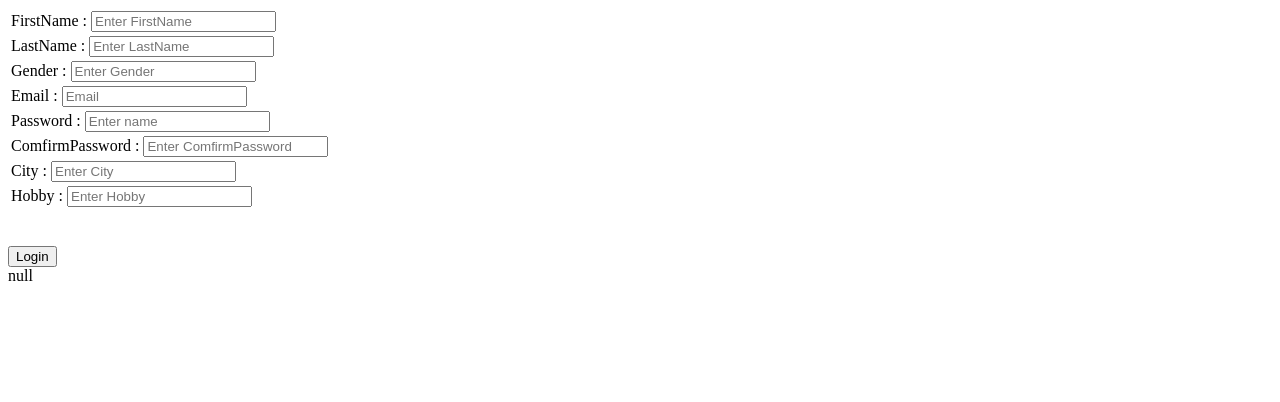
Repository: yogendra-dashore/java-ism
Page: http://localhost/23-ism-jee/Registration.jsp
An editor plug-in stored every save of this project. The page is shown before and after the next save, followed by the edit.
The browser window is 1280 px wide. The pictures show the whole page.
The page is served by Tomcat 9. Other server files are loaded and not shown.

Above is the page before, as saved 2023-04-01 10:19:11.

### 23-ism-jee/src/main/webapp/Registration.jsp
<%@ page language="java" contentType="text/html; charset=UTF-8"
    pageEncoding="UTF-8"%>
<!DOCTYPE html>
<html>
<head>
<meta charset="UTF-8">
<title>Insert title here</title>
</head>
<body>

	<%
		String error = (String)request.getAttribute("error");
	%>

<form action="Registration" method="post">
<table>
<tr><td>FirstName : <input text="text" name="FirstName" placeholder="Enter FirstName"></td></tr>
<tr><td>LastName : <input text="text" name="LastName" placeholder="Enter LastName"></td></tr>
<tr><td>Gender : <input text="text" name="Gender" placeholder="Enter Gender"></td></tr>
<tr><td>Email : <input text="text" name="Email" placeholder="Email"></td></tr>
<tr><td>Password : <input text="password" name="password" placeholder="Enter name"></td></tr>
<tr><td>ComfirmPassword : <input text="text" name="ComfirmPassword" placeholder="Enter ComfirmPassword"></td></tr>
<tr><td>City : <input text="text" name="City" placeholder="Enter City"></td></tr>
<tr><td>Hobby : <input text="text" name="Hobby" placeholder="Enter Hobby"></td></tr>
</table>
<br><br>
<input type="submit" value="Login">


</form>
<%=error%>

</body>
</html>

After the next save:
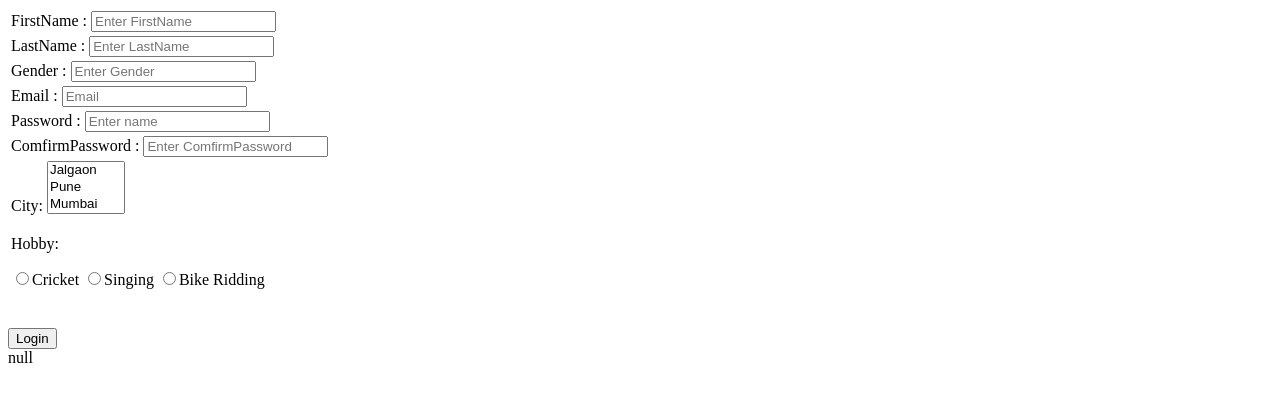
Saved 2 min 36 s later.
--- a/23-ism-jee/src/main/webapp/Registration.jsp
+++ b/23-ism-jee/src/main/webapp/Registration.jsp
@@ -20,8 +20,23 @@
 <tr><td>Email : <input text="text" name="Email" placeholder="Email"></td></tr>
 <tr><td>Password : <input text="password" name="password" placeholder="Enter name"></td></tr>
 <tr><td>ComfirmPassword : <input text="text" name="ComfirmPassword" placeholder="Enter ComfirmPassword"></td></tr>
-<tr><td>City : <input text="text" name="City" placeholder="Enter City"></td></tr>
-<tr><td>Hobby : <input text="text" name="Hobby" placeholder="Enter Hobby"></td></tr>
+<tr> <td> <label for="City">City:</label>
+    <select id="city" name="city" size="3">
+    <option value="Jalgaon">Jalgaon</option>
+    <option value="Pune">Pune</option>
+    <option value="Mumbai">Mumbai</option>
+    <option value="Ahmedabad">Ahmedabad</option>
+  </select>
+ </tr> </td>
+
+           <tr><td> <p>Hobby:</p>
+  <input type="radio" id="hobbi1" name="Hobbi" value="Cricket">Cricket
+
+  <input type="radio" id="hobbi2" name="Hobbi" value="60">Singing
+
+  <input type="radio" id="hobbi3" name="Hobbi" value="100">Bike Ridding
+
+ </tr> </td>
 </table>
 <br><br>
 <input type="submit" value="Login">
